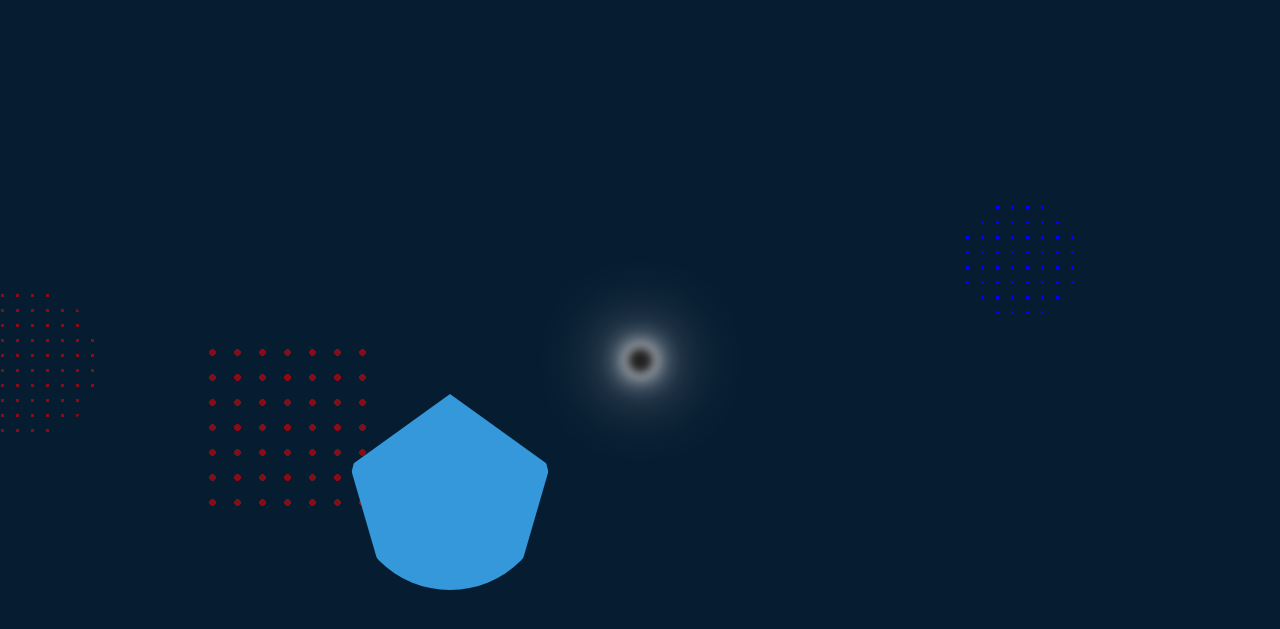
Repository: AdeniranZion/RC-Academy
Page: http://localhost/test/page.php
These files come from the project's save history. The page is drawn as it stood at one moment and after the next save; the edit follows.
The browser window is 1280 px wide. The pictures show the whole page.
The page is run by PHP 8.4 with error messages shown; the project is at /var/www/html/.

Above is the page before, as saved 2024-06-24 12:01:35.

### test/page.php
<!DOCTYPE html>
<html lang="en">
<head>
  <meta charset="utf-8" />
  <title>Neon Object Movement</title>
  <meta name="viewport" content="width=device-width, initial-scale=1, minimum-scale=1, maximum-scale=1" />
  <style>
    body, html {
      margin: 0;
      padding: 0;
      height: 100%;
      overflow: hidden; /* Prevent scrollbars */
    }

    .neon-container {
      position: relative;
      width: 100%;
      height: 100%;
      display: flex;
      justify-content: center;
      align-items: center;
      background-color: #061c30;
      overflow: hidden; /* Prevent object from going out of bounds */
    }

    .triangle {
      position: fixed;
      left: 350px;
      bottom: 130px;
      width: 200px; /* Adjust width as needed */
      height: 200px; /* Adjust height as needed */
      clip-path: polygon(50% 2%, 100% 38%, 82% 100%, 18% 100%, 0% 38%);
      background-color: #3498db; /* Adjust background color as needed */
      border-radius: 100px; /* Adjust border radius for smoothness */
      transition: transform 0.1s ease-out; /* Smooth movement */
    }

    .neon-object {
      position: absolute;
      width: 25px;
      height: 25px;
      border-radius: 50%;
      background-color: #222; /* Add a background color for visibility */
      box-shadow: 0 0 10px #fed, 0 0 20px #dde, 0 0 30px #fff, 0 0 40px #ddd, 0 0 70px #ddd, 0 0 80px #ddd, 0 0 100px #ddd, 0 0 150px #ddd;
      filter: blur(4px); /* Add Gaussian blur effect */
      pointer-events: none; /* Prevent mouse events on the object itself */
      transition: transform 0.1s ease-out; /* Smooth movement */
    }

    .neon-object-2 {
      width: 180px;
      height: 180px;
      border-radius: 3px;
      background-image: radial-gradient(circle, rgba(255, 0, 0, 0.5) 20%, transparent 5%); /* Dotted pattern */
      background-size: 25px 25px; /* Size of each dot */
      background-position: 0 0; /* Start position of background */
      position: fixed;
      bottom: 200px;
      left: 200px;
      transition: transform 0.1s ease-out; /* Smooth movement */
    }
    .neon-object-3 {
      width: 120px;
      height: 120px;
      border-radius: 100px;
      background-image: radial-gradient(circle, blue 15%, transparent 5%); /* Dotted pattern */
      background-size: 15px 15px; /* Size of each dot */
      background-position: 0 0; /* Start position of background */
      position: fixed;
      top: 200px;
      right: 200px;
      transition: transform 0.1s ease-out; /* Smooth movement */
    }

    /* Styling for the rotating circle */
    .rotating-circle {
      position: fixed;
      left: -50px; /* Adjust position as needed */
      top: 40%; /* Center vertically */
      width: 150px;
      height: 150px;
      border-radius: 50%;
      /* background-color: rgba(255, 0, 0, 0.5); */
      animation: rotate 4s linear infinite; /* Rotate animation */
      background-image: radial-gradient(circle, rgba(255, 0, 0, 0.5) 15%, transparent 5%); /* Dotted pattern */
      background-size: 15px 15px; /* Size of each dot */
      background-position: 0 0; /* Start position of background */
      position: fixed;
    }

    @keyframes rotate {
      from {
        transform: rotate(0deg);
      }
      to {
        transform: rotate(360deg);
      }
    }

  </style>
</head>
<body>
  <div class="neon-container">
    <div class="neon-object"></div>
    <div class="neon-object-2"></div>
    <div class="neon-object-3"></div>
    <div class="triangle"></div>
  </div>

  <!-- Rotating circle element -->
  <div class="rotating-circle"></div>

  <script>
    document.addEventListener('mousemove', function(e) {
      const neonObject = document.querySelector('.neon-object');
      const neonObject2 = document.querySelector('.neon-object-2');
      const neonObject3 = document.querySelector('.neon-object-3');
      const triangle = document.querySelector('.triangle');
      const container = document.querySelector('.neon-container');

      // Get the mouse position relative to the container
      const rect = container.getBoundingClientRect();
      const centerX = rect.left + rect.width / 2;
      const centerY = rect.top + rect.height / 2;

      // Calculate the distance from the center
      const distanceX = e.clientX - centerX;
      const distanceY = e.clientY - centerY;

      // Set a multiplier to control the trailing effect
      const multiplier = 0.04; // Adjust this value for the trailing effect

      // Update the position of neon-object with a trailing effect
      neonObject.style.transform = `translate(${multiplier * distanceX}px, ${multiplier * distanceY}px)`;

      // Update the position of neon-object-2 with the same trailing effect
      neonObject2.style.transform = `translate(${multiplier * distanceX}px, ${multiplier * distanceY}px)`;

      // Update the position of neon-object-3 with the opposite trailing effect
      neonObject3.style.transform = `translate(${-multiplier * distanceX}px, ${-multiplier * distanceY}px)`;

      // Update the position of neon-object-3 with the opposite trailing effect
      triangle.style.transform = `translate(${-multiplier * distanceX}px, ${-multiplier * distanceY}px)`;

    });
  </script>
</body>
</html>

After the next save:
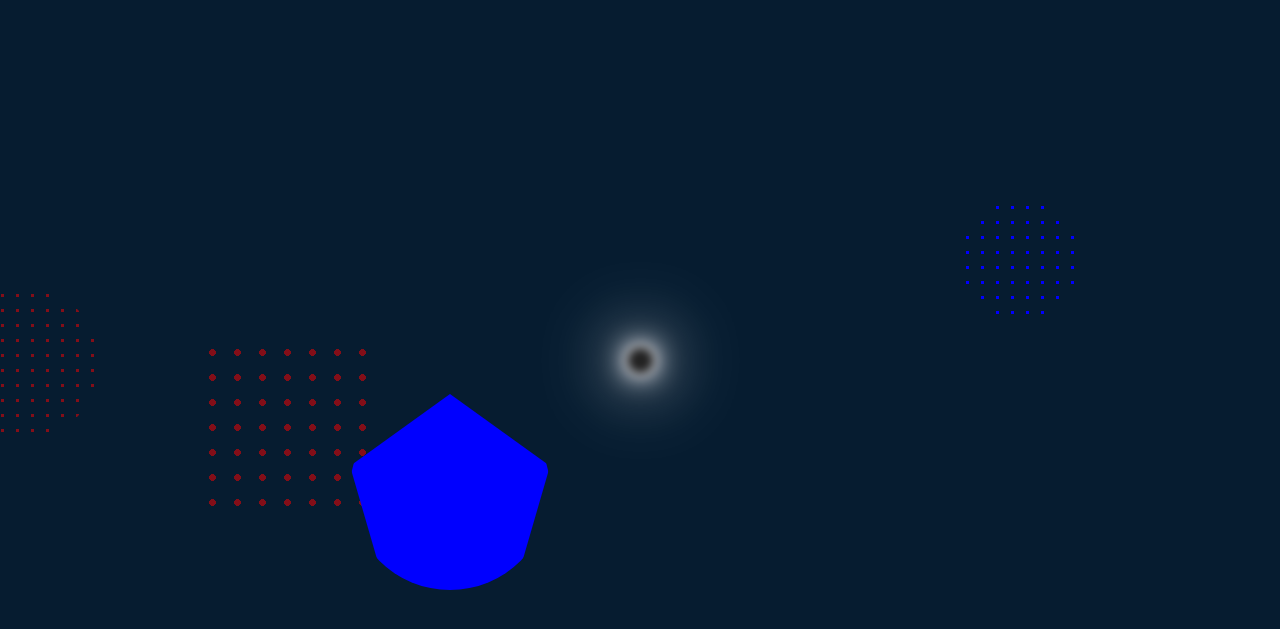
Saved 36 s later.
--- a/test/page.php
+++ b/test/page.php
@@ -30,7 +30,7 @@
       width: 200px; /* Adjust width as needed */
       height: 200px; /* Adjust height as needed */
       clip-path: polygon(50% 2%, 100% 38%, 82% 100%, 18% 100%, 0% 38%);
-      background-color: #3498db; /* Adjust background color as needed */
+      background-color: blue; /* Adjust background color as needed */
       border-radius: 100px; /* Adjust border radius for smoothness */
       transition: transform 0.1s ease-out; /* Smooth movement */
     }
